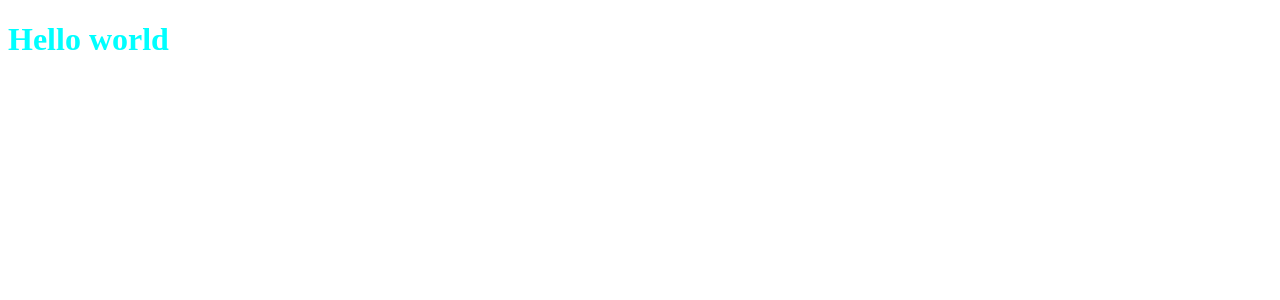
Repository: mohsinfarabi/first-website
Page: power.html
The author's editor kept a copy of each file at every save. The page is drawn from the files as they stood at one save, then again after the next save.
The browser window is 1280 px wide. The pictures show the whole page.

Above is the page before, as saved 2020-06-29 22:48:38.

### power.html
<!DOCTYPE html>
<html lang="en">

<head>
    <meta charset="UTF-8">
    <meta name="viewport" content="width=device-width, initial-scale=1.0">
    <title>Document</title>
    <style>
        h1 {
            color: cyan;
        }
    </style>
</head>

<body>
    <h1 class="name">Hello world</h1>
</body>

</html>

After the next save:
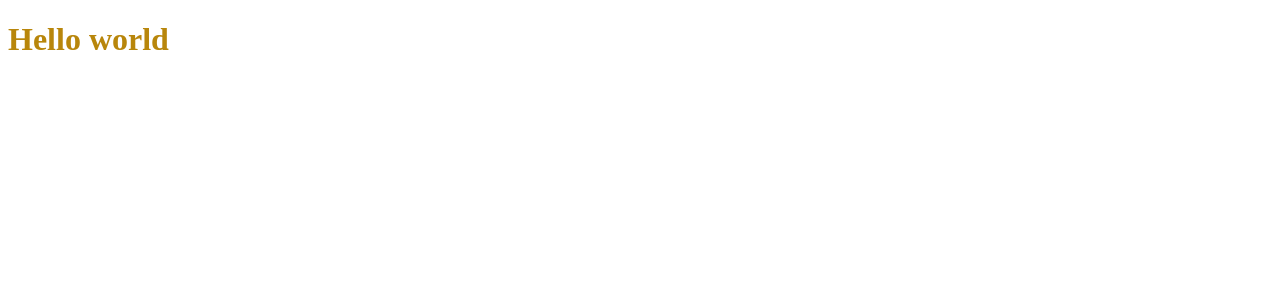
Saved 19 s later.
--- a/power.html
+++ b/power.html
@@ -9,6 +9,10 @@
         h1 {
             color: cyan;
         }
+
+        .name {
+            color: darkgoldenrod;
+        }
     </style>
 </head>
 
